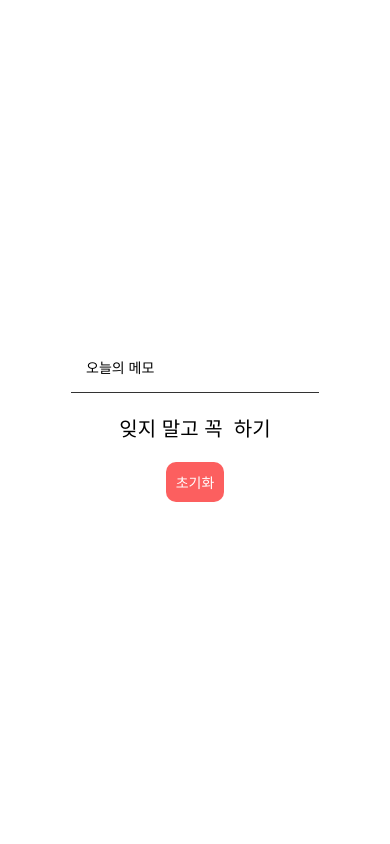
Repository: GoodHoneyCake/toy_project
Page: /
An editor plug-in stored every save of this project. The page is shown before and after the next save, followed by the edit.
The browser window is 390 px wide. The pictures show the whole page.
The app was drawn by React Native's web renderer in a window 390 px wide. The project was rebuilt for these pictures with package versions that can differ from the ones it lists, and the page was loaded fresh each time.

Above is the page before, as saved 2021-02-05 15:50:37.

After the next save:
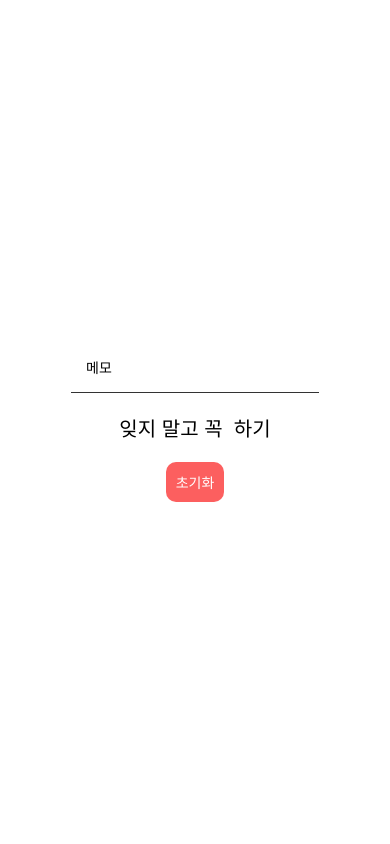
Saved 25 s later.
--- a/App.js
+++ b/App.js
@@ -69,7 +69,7 @@ class App extends React.Component {
         <TextInput
           style={styles.input}
           value={text}
-          placeholder="오늘의 메모"
+          placeholder="메모"
           onChangeText={this.onChangeText}
           onSubmitEditing={this.onSubmitEditing}
         />
